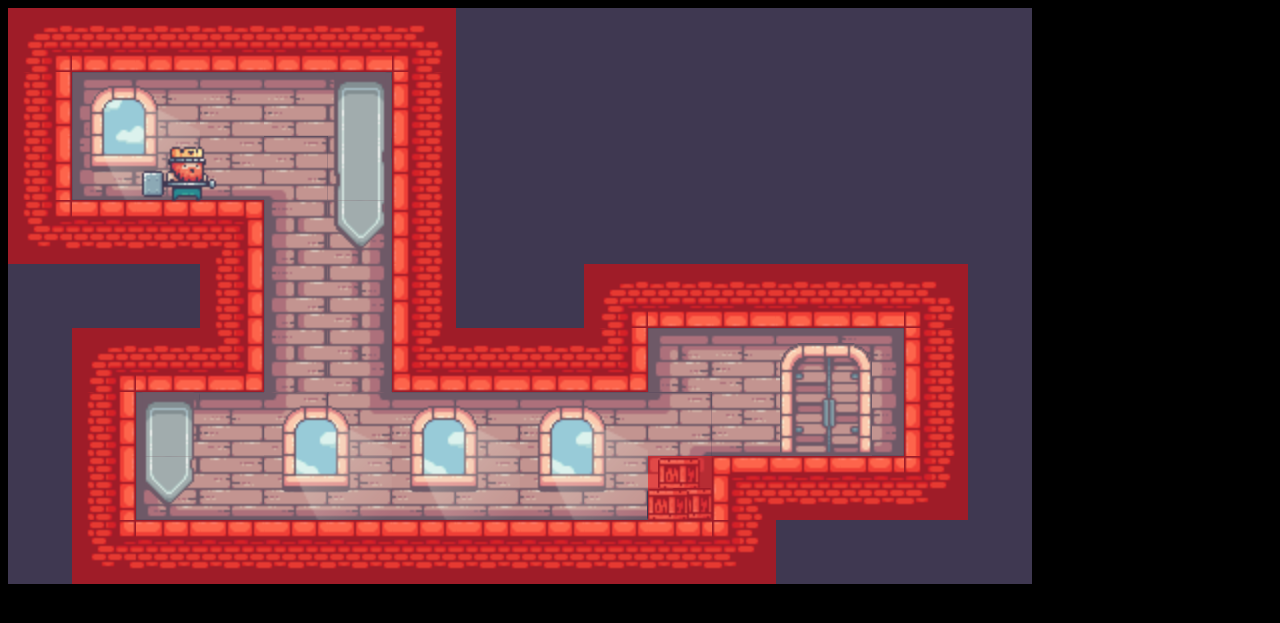
Repository: kassemKu/vanilla_kings_and_pigs
Page: index.html
An editor plug-in stored every save of this project. The page is shown before and after the next save, followed by the edit.
The browser window is 1280 px wide. The pictures show the whole page.

Above is the page before, as saved 2022-11-12 22:20:24.

### index.html
<!DOCTYPE html>
<html lang="en">

<head>
  <meta charset="UTF-8" />
  <meta http-equiv="X-UA-Compatible" content="IE=edge" />
  <meta name="viewport" content="width=device-width, initial-scale=1.0" />
  <title>Platform</title>
</head>
<style>
  body {
    background-color: black;
    overflow: hidden;
  }
</style>

<body>
  <canvas></canvas>

  <script src="https://cdnjs.cloudflare.com/ajax/libs/gsap/3.11.3/gsap.min.js"
    integrity="sha512-gmwBmiTVER57N3jYS3LinA9eb8aHrJua5iQD7yqYCKa5x6Jjc7VDVaEA0je0Lu0bP9j7tEjV3+1qUm6loO99Kw=="
    crossorigin="anonymous" referrerpolicy="no-referrer"></script>
  <script src="./js/utils.js"></script>
  <script src="./js/data/collisions.js"></script>
  <script src="./js/classes/CollisionBlock.js"></script>
  <script src="./js/classes/Sprite.js"></script>
  <script src="./js/classes/Player.js"></script>
  <script src="./js/eventListener.js"></script>
  <script src="./main.js"></script>
</body>

</html>

### js/utils.js
Array.prototype.parse2D = function () {
  const rows = [];
  for (let i = 0; i < this.length; i += 16) {
    rows.push(this.slice(i, i + 16));
  }

  return rows;
};

Array.prototype.createObjectFrom2D = function () {
  const objects = [];
  this.forEach((row, y) => {
    row.forEach((symbol, x) => {
      if (symbol === 292) {
        // push a new collision into collisionBlocks array
        objects.push(
          new CollisionBlock({
            position: {
              x: x * 64,
              y: y * 64,
            },
          })
        );
      }
    });
  });

  return objects;
};

### js/data/collisions.js
const collisionsLevel1 = [
  0, 0, 0, 0, 0, 0, 0, 0, 0, 0, 0, 0, 0, 0, 0, 0, 0, 0, 0, 0, 0, 0, 0, 0, 0, 0,
  0, 0, 0, 0, 0, 0, 0, 292, 292, 292, 292, 292, 292, 292, 292, 292, 292, 292,
  292, 292, 292, 0, 0, 292, 0, 0, 0, 0, 0, 0, 0, 0, 0, 0, 0, 0, 292, 0, 0, 292,
  0, 0, 0, 0, 0, 0, 0, 0, 0, 0, 0, 0, 292, 0, 0, 292, 292, 0, 0, 0, 0, 0, 0, 0,
  0, 0, 0, 0, 292, 0, 0, 292, 292, 292, 292, 292, 292, 292, 292, 292, 292, 292,
  292, 292, 292, 0, 0, 0, 0, 0, 0, 0, 0, 0, 0, 0, 0, 0, 0, 0, 0, 0, 0, 0, 0, 0,
  0, 0, 0, 0, 0, 0, 0, 0, 0, 0, 0, 0,
];

const collisionsLevel2 = [
  292, 292, 292, 292, 292, 292, 292, 0, 0, 0, 0, 0, 0, 0, 0, 0, 292, 0, 0, 0, 0,
  0, 292, 0, 0, 0, 0, 0, 0, 0, 0, 0, 292, 0, 0, 0, 0, 0, 292, 0, 0, 0, 0, 0, 0,
  0, 0, 0, 292, 292, 292, 292, 0, 0, 292, 0, 0, 0, 0, 0, 0, 0, 0, 0, 0, 0, 0,
  292, 0, 0, 292, 0, 0, 292, 292, 292, 292, 292, 292, 0, 0, 292, 292, 292, 0, 0,
  292, 292, 292, 292, 0, 0, 0, 0, 292, 0, 0, 292, 0, 0, 0, 0, 0, 0, 0, 0, 0, 0,
  0, 0, 292, 0, 0, 292, 0, 0, 0, 0, 0, 0, 0, 0, 292, 292, 292, 292, 292, 0, 0,
  292, 292, 292, 292, 292, 292, 292, 292, 292, 292, 292, 0, 0, 0, 0,
]

const collisionsLevel3 = [
  0, 0, 0, 0, 0, 0, 0, 0, 0, 0, 0, 0, 0, 0, 0, 0, 0, 250, 250, 250, 250, 250,
  250, 250, 250, 250, 250, 250, 250, 250, 250, 0, 0, 250, 0, 0, 0, 0, 0, 0, 0,
  0, 0, 0, 0, 0, 250, 0, 0, 250, 0, 0, 0, 0, 0, 0, 0, 0, 0, 0, 0, 0, 250, 0, 0,
  250, 0, 0, 0, 0, 0, 0, 0, 0, 250, 250, 250, 250, 250, 0, 0, 250, 0, 0, 0, 0,
  0, 0, 0, 0, 0, 0, 0, 250, 0, 0, 0, 250, 250, 0, 0, 0, 0, 0, 0, 0, 0, 0, 250,
  250, 0, 0, 0, 250, 250, 250, 250, 250, 250, 250, 250, 250, 250, 250, 250, 250,
  0, 0, 0, 0, 0, 0, 0, 0, 0, 0, 0, 0, 0, 0, 0, 0, 0, 0,
]

### js/classes/CollisionBlock.js
class CollisionBlock {
  constructor({ position }) {
    this.position = position;
    this.width = 64;
    this.height = 64;
  }

  draw() {
    c.fillStyle = "rgba(255, 0, 0, 0.5)";
    c.fillRect(this.position.x, this.position.y, this.width, this.height);
  }
}

### js/classes/Sprite.js
class Sprite {
  constructor({
    position,
    imageSrc,
    frameRate = 1,
    animations,
    frameBuffer = 2,
    loop = true,
    autoplay = true
  }) {
    this.position = position;
    this.image = new Image();
    this.image.onload = () => {
      this.loaded = true;
      this.width = this.image.width / this.frameRate;
      this.height = this.image.height;
    };
    this.image.src = imageSrc;
    this.loaded = false;
    this.frameRate = frameRate;
    this.currentFrame = 0;
    this.elapsedFrames = 0;
    this.frameBuffer = frameBuffer;
    this.animations = animations;
    this.loop = loop
    this.autoplay = autoplay
    this.currentAnimation

    if (this.animations) {
      for (let key in this.animations) {
        const image = new Image();
        image.src = this.animations[key].imageSrc;
        this.animations[key].image = image;
      }
    }
  }
  draw() {
    if (!this.loaded) return;
    const cropbox = {
      position: {
        x: this.width * this.currentFrame,
        y: 0,
      },
      width: this.width,
      height: this.height,
    };

    c.drawImage(
      this.image,
      cropbox.position.x,
      cropbox.position.y,
      cropbox.width,
      cropbox.height,
      this.position.x,
      this.position.y,
      this.width,
      this.height
    );

    this.updateFrames();
  }

  play() {
    this.autoplay = true
  }

  updateFrames() {
    if (!this.autoplay) return

    this.elapsedFrames++;

    if (this.elapsedFrames % this.frameBuffer === 0) {
      if (this.currentFrame < this.frameRate - 1) this.currentFrame++;
      else if(this.loop) this.currentFrame = 0;
    }

    if (this.currentAnimation?.onComplete) {
      if (this.currentFrame === this.frameRate - 1 && !this.currentAnimation.isActive) {
      this.currentAnimation.onComplete()
      this.currentAnimation.isActive = true
      }
    }
  }

}

### js/classes/Player.js
class Player extends Sprite {
  constructor({ collisionBlocks = [], imageSrc, frameRate, animations, loop }) {
    super({ imageSrc, frameRate, animations, loop });
    this.position = {
      x: 200,
      y: 200,
    };

    this.velocity = {
      x: 0,
      y: 0,
    };

    this.sides = {
      bottom: this.position.y + this.height,
    };
    this.gravity = 1;

    this.collisionBlocks = collisionBlocks;
  }

  update() {
    // this is blue box
    // c.fillStyle = "rgba(0, 0, 255, 0.5)";
    // c.fillRect(this.position.x, this.position.y, this.width, this.height);
    this.position.x += this.velocity.x;

    this.updateHitbox();

    this.checkForHorizontalCollisions();
    this.applyGravity();

    this.updateHitbox();

    // c.fillRect(
    //   this.hitbox.position.x,
    //   this.hitbox.position.y,
    //   this.hitbox.width,
    //   this.hitbox.height
    // );
    this.checkForVerticalCollisions();
  }

  handleInput(keys) {
    if (player.preventInput) return
  player.velocity.x = 0;
  if (keys.d.pressed) {
    this.switchSprite("runRight");
    this.velocity.x = 5;
    this.lastDirection = "right";
  } else if (keys.a.pressed) {
    this.switchSprite("runLeft");
    this.velocity.x = -5;
    this.lastDirection = "left";
  } else {
    if (this.lastDirection === "left") this.switchSprite("idleLeft");
    else this.switchSprite("idleRight");
  }
  }

  switchSprite(name) {
    if (this.image === this.animations[name].image) return;
    this.currentFrame = 0;
    this.image = this.animations[name].image;
    this.frameRate = this.animations[name].frameRate;
    this.frameBuffer = this.animations[name].frameBuffer;
    this.loop = this.animations[name].loop;
    this.currentAnimation = this.animations[name]
  }

  updateHitbox() {
    this.hitbox = {
      position: {
        x: this.position.x + 58,
        y: this.position.y + 34,
      },
      width: 50,
      height: 53,
    };
  }

  checkForHorizontalCollisions() {
    for (let i = 0; i < this.collisionBlocks.length; i++) {
      const collisionBlock = this.collisionBlocks[i];

      // if a collision exists
      if (
        this.hitbox.position.x <=
          collisionBlock.position.x + collisionBlock.width &&
        this.hitbox.position.x + this.hitbox.width >=
          collisionBlock.position.x &&
        this.hitbox.position.y + this.hitbox.height >=
          collisionBlock.position.y &&
        this.hitbox.position.y <=
          collisionBlock.position.y + collisionBlock.height
      ) {
        // collision on x axis going to the left
        if (this.velocity.x < -0) {
          const offset = this.hitbox.position.x - this.position.x;
          this.position.x =
            collisionBlock.position.x + collisionBlock.width - offset + 0.01;
          break;
        }
        if (this.velocity.x > 0) {
          const offset =
            this.hitbox.position.x - this.position.x + this.hitbox.width;
          this.position.x = collisionBlock.position.x - offset - 0.01;
          break;
        }
      }
    }
  }
  applyGravity() {
    this.velocity.y += this.gravity;
    this.position.y += this.velocity.y;
  }

  checkForVerticalCollisions() {
    // check for vertical collisions
    for (let i = 0; i < this.collisionBlocks.length; i++) {
      const collisionBlock = this.collisionBlocks[i];
      // if a collision exists
      if (
        this.hitbox.position.x <=
          collisionBlock.position.x + collisionBlock.width &&
        this.hitbox.position.x + this.hitbox.width >=
          collisionBlock.position.x &&
        this.hitbox.position.y + this.hitbox.height >=
          collisionBlock.position.y &&
        this.hitbox.position.y <=
          collisionBlock.position.y + collisionBlock.height
      ) {
        if (this.velocity.y < 0) {
          this.velocity.y = 0;
          const offset = this.hitbox.position.y - this.position.y;
          this.position.y =
            collisionBlock.position.y + collisionBlock.height - offset + 0.01;
          break;
        }

        if (this.velocity.y > 0) {
          this.velocity.y = 0;
          const offset =
            this.hitbox.position.y - this.position.y + this.hitbox.height;
          this.position.y = collisionBlock.position.y - offset - 0.01;
          break;
        }
      }
    }
  }
}

### js/eventListener.js
window.addEventListener("keydown", (event) => {
  if (player.preventInput) return
  switch (event.key) {
    case " ":

    for (let i = 0; i < doors.length; i++) {
      const door = doors[i]

      if (
        player.hitbox.position.x + player.hitbox.width <=
        door.position.x + door.width &&
      player.hitbox.position.x  >=
        door.position.x &&
      player.hitbox.position.y + player.hitbox.height >=
        door.position.y &&
      player.hitbox.position.y <=
        door.position.y + door.height
        ) {
          player.velocity.x = 0
          player.velocity.y = 0
          player.preventInput = true
          player.switchSprite('enterDoor')
          door.play()
          return
        }
    }
      if (player.velocity.y === 0) player.velocity.y = -25;

      break;
    case "ArrowLeft":
      // move player to left
      keys.a.pressed = true;
      break;
    case "ArrowRight":
      // move player to right
      keys.d.pressed = true;
      break;
  }
});

window.addEventListener("keyup", (event) => {
  switch (event.key) {
    case "ArrowUp":
      keys.w.pressed = false;

      break;
    case "ArrowLeft":
      // move player to left
      keys.a.pressed = false;
      break;
    case "ArrowRight":
      // move player to right
      keys.d.pressed = false;
      break;
  }
});

### main.js
const canvas = document.querySelector("canvas");
const c = canvas.getContext("2d");

canvas.width = 64 * 16; // 1024
canvas.height = 64 * 9; // 576

let parsedCollisions
let collisionBlocks
let background
let doors
const player = new Player({
  imageSrc: "./img/king/idle.png",
  frameRate: 11,
  animations: {
    idleRight: {
      frameRate: 11,
      frameBuffer: 2,
      loop: true,
      imageSrc: "./img/king/idle.png",
    },
    idleLeft: {
      frameRate: 11,
      frameBuffer: 2,
      loop: true,
      imageSrc: "./img/king/idleLeft.png",
    },
    runRight: {
      frameRate: 8,
      frameBuffer: 4,
      loop: true,
      imageSrc: "./img/king/runRight.png",
    },
    runLeft: {
      frameRate: 8,
      frameBuffer: 4,
      loop: true,
      imageSrc: "./img/king/runLeft.png",
    },
    enterDoor: {
      frameRate: 8,
      frameBuffer: 4,
      loop: false,
      imageSrc: "./img/king/enterDoor.png",
      onComplete: () => {
        console.log('completed animation');
        gsap.to(overlay, {
          opacity: 1,
          onComplete: () => {
            level++
            levels[level].init()
            gsap.to(overlay, {
              opacity: 0
            })
          }
        })
      }
    },
  },
});

let level = 2
let levels = {
  1: {
    init: () => {
      parsedCollisions = collisionsLevel1.parse2D();
      collisionBlocks = parsedCollisions.createObjectFrom2D();
      player.collisionBlocks = collisionBlocks

      background = new Sprite({
        position: {
          x: 0,
          y: 0,
        },
        imageSrc: "./img/backgroundLevel1.png",
      });

      doors = [
        new Sprite({
          position: {
            x: 767,
            y: 270,
          },
          imageSrc: "./img/doorOpen.png",
          frameRate: 5,
          frameBuffer: 5,
          loop: false,
          autoplay: false
        }),
      ];
    }
  },
  2: {
    init: () => {
      parsedCollisions = collisionsLevel2.parse2D();
      collisionBlocks = parsedCollisions.createObjectFrom2D();
      player.collisionBlocks = collisionBlocks
      player.position.x = 96
      player.position.y = 140

      background = new Sprite({
        position: {
          x: 0,
          y: 0,
        },
        imageSrc: "./img/backgroundLevel2.png",
      });

      doors = [
        new Sprite({
          position: {
            x: 772.00,
            y: 336,
          },
          imageSrc: "./img/doorOpen.png",
          frameRate: 5,
          frameBuffer: 5,
          loop: false,
          autoplay: false
        }),
      ];
    }
  }
}





const keys = {
  w: {
    pressed: false,
  },
  a: {
    pressed: false,
  },
  d: {
    pressed: false,
  },
};

const overlay = {
  opacity: 0
}

function animate() {
  window.requestAnimationFrame(animate);

  background.draw();
  collisionBlocks.forEach((collisionBlock) => {
    collisionBlock.draw();
  });

  doors.forEach((door) => {
    door.draw();
  });

  player.handleInput(keys)
  player.draw();
  player.update();

  c.save()
  c.globalAlpha = overlay.opacity
  c.fillStyle = 'black'
  c.fillRect(0,0,canvas.width, canvas.height)
  c.restore()
}

levels[level].init()
animate();

After the next save:
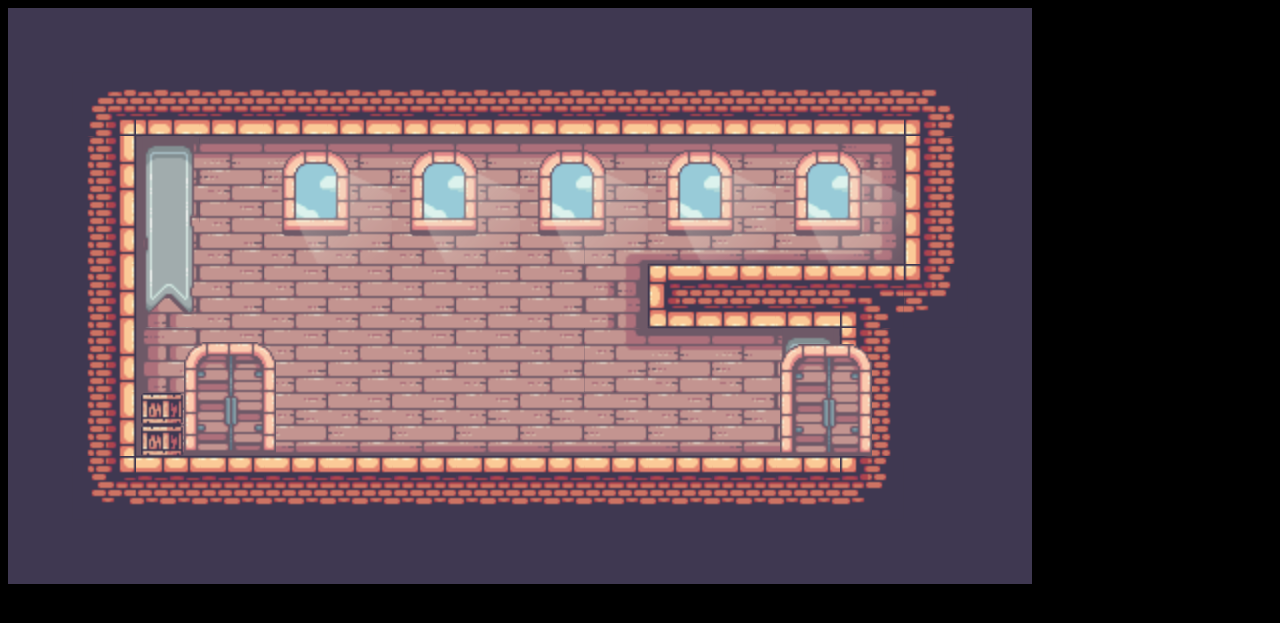
Saved 64 s later.
--- a/main.js
+++ b/main.js
@@ -58,7 +58,7 @@ const player = new Player({
   },
 });
 
-let level = 2
+let level = 3
 let levels = {
   1: {
     init: () => {
@@ -103,6 +103,37 @@ let levels = {
           y: 0,
         },
         imageSrc: "./img/backgroundLevel2.png",
+      });
+
+      doors = [
+        new Sprite({
+          position: {
+            x: 772.00,
+            y: 336,
+          },
+          imageSrc: "./img/doorOpen.png",
+          frameRate: 5,
+          frameBuffer: 5,
+          loop: false,
+          autoplay: false
+        }),
+      ];
+    }
+  },
+  3: {
+    init: () => {
+      parsedCollisions = collisionsLevel3.parse2D();
+      collisionBlocks = parsedCollisions.createObjectFrom2D();
+      player.collisionBlocks = collisionBlocks
+      player.position.x = 96
+      player.position.y = 140
+
+      background = new Sprite({
+        position: {
+          x: 0,
+          y: 0,
+        },
+        imageSrc: "./img/backgroundLevel3.png",
       });
 
       doors = [
